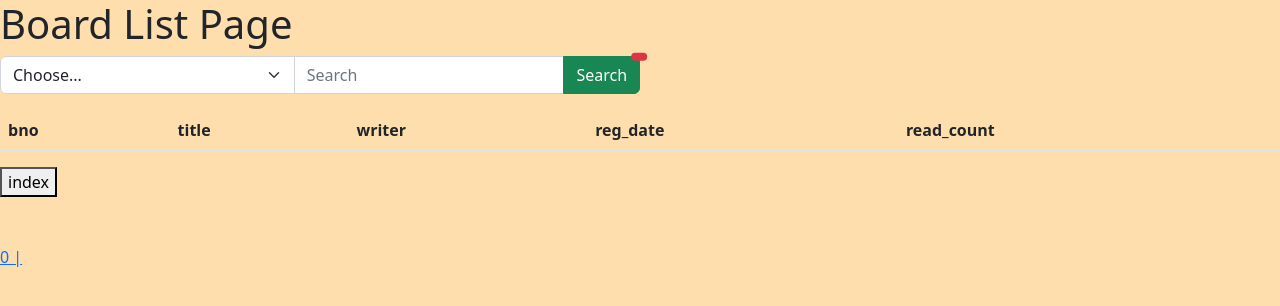
Repository: doridori890130/JSP
Page: http://localhost/jsp_project/board/list.jsp
The author's editor kept a copy of each file at every save. The page is drawn from the files as they stood at one save, then again after the next save.
The browser window is 1280 px wide. The pictures show the whole page.
The page is served by Tomcat 9. Other server files are loaded and not shown. The template is opened directly, without the code that normally fills it, so the values that code supplies are empty.

Above is the page before, as saved 2023-06-01 04:47:32.

### jsp_project4/jsp_project/src/main/webapp/board/list.jsp
<%@ page language="java" contentType="text/html; charset=UTF-8"
    pageEncoding="UTF-8"%>
<%@ taglib uri="http://java.sun.com/jsp/jstl/core"  prefix="c" %>
<!DOCTYPE html>
<html>
<head>
<meta charset="UTF-8">
<title>Board List Page</title>
<!-- CSS only -->
<link href="https://cdn.jsdelivr.net/npm/bootstrap@5.2.2/dist/css/bootstrap.min.css" rel="stylesheet" integrity="sha384-Zenh87qX5JnK2Jl0vWa8Ck2rdkQ2Bzep5IDxbcnCeuOxjzrPF/et3URy9Bv1WTRi" crossorigin="anonymous">
<!-- JavaScript Bundle with Popper -->
<script src="https://cdn.jsdelivr.net/npm/bootstrap@5.2.2/dist/js/bootstrap.bundle.min.js" integrity="sha384-OERcA2EqjJCMA+/3y+gxIOqMEjwtxJY7qPCqsdltbNJuaOe923+mo//f6V8Qbsw3" crossorigin="anonymous"></script>
<style type="text/css">
body{
background-color: #FFDEAD ;
}
</style>
</head>

<body>
<h1>Board List Page</h1>
	<div class="col-sm-12 col-md-6">
<form action="/brd/page" method="post">
	<div  class="input-group mb-3">
		<c:set value="${pgh.pgvo.type }" var="typed"></c:set>
		<select name="type" class="form-select">
		<!-- selected : 현재 내가 선택한 값 -->
			<option ${typed == null ? 'selected':'' }>Choose...</option>
			<option value="t" ${typed eq 't' ? 'selected':'' }>title</option>
			<option value="c" ${typed eq 'c' ? 'selected':'' }>content</option>
			<option value="w" ${typed eq 'w' ? 'selected':'' }>writer</option>
			<option value="tc" ${typed eq 'tc' ? 'selected':'' }>title or content</option>
			<option value="tw" ${typed eq 'tw' ? 'selected':'' }>title or writer</option>
			<option value="cw" ${typed eq 'cw' ? 'selected':'' }>content or writer</option>
		</select>
		<input class="form-control" type="text" name="keyword" placeholder="Search">
		<input type="hidden" name="pageNo" value="${pgh.pgvo.pageNo }">
		<input type="hidden" name="qty" value="${pgh.pgvo.qty }">
		<button type="submit" class="btn btn-success position-relative">Search
		<span class="position-absolute top-0 start-100 translate-middle badge rounded-pill bg-danger">
    		${pgh.totalCount }
    		<span class="visually-hidden">unread messages</span></span>
		</button>

	</div>
</form>
</div>

<table class="table table-hover">
<tr>
	<th>bno</th>
	<th>title</th>
	<th>writer</th>
	<th>reg_date</th>
	<th>read_count</th>
</tr>
<c:forEach items="${list }" var="bvo">
<tr>
	<td>${bvo.bno }</td>

	<td>
	<c:if test="${bvo.image_file ne null }">
		<img alt="없음" src="/_fileUpload/th_${bvo.image_file }">
	</c:if>
	<a href="/brd/detail?bno=${bvo.bno }">${bvo.title }</a></td>
	<td>${bvo.writer }</td>
	<td>${bvo.reg_date }</td>
	<td>${bvo.read_count }</td>
</tr>
</c:forEach>
</table>
<a href="/"><button>index</button></a> <br> <br> <br>
<c:if test="${pgh.prev }">
	<a href="/brd/page?pageNo=${pgh.startPage-1 }&qty=${pgh.pgvo.qty}&type=${pgh.pgvo.type}&keyword=${pgh.pgvo.keyword}"> ◁ </a>
</c:if>
<c:forEach begin="${pgh.startPage }" end="${pgh.endPage }" var="i">
	<a href="/brd/page?pageNo=${i }&qty=${pgh.pgvo.qty}&type=${pgh.pgvo.type}&keyword=${pgh.pgvo.keyword}">${i } | </a>
</c:forEach>
<!-- 다음페이지 -->
<c:if test="${pgh.next }">
	<a href="/brd/page?pageNo=${pgh.endPage+1 }&qty=${pgh.pgvo.qty}&type=${pgh.pgvo.type}&keyword=${pgh.pgvo.keyword}"> ▷ </a>
</c:if>
</body>
</html>

After the next save:
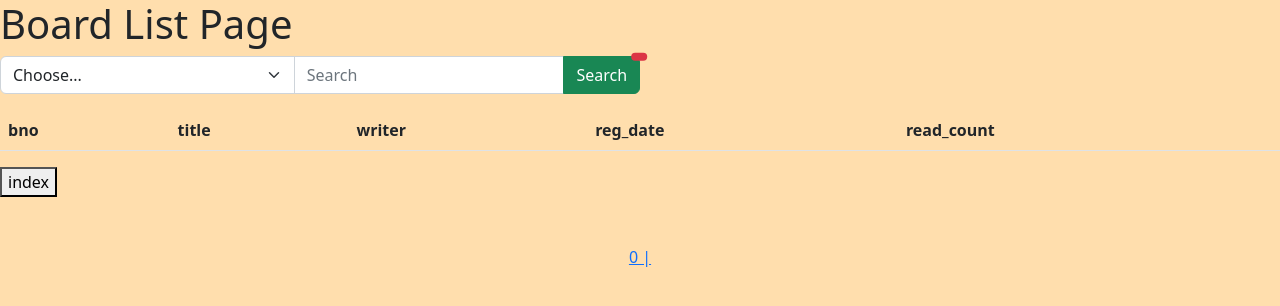
Saved 85 s later.
--- a/jsp_project4/jsp_project/src/main/webapp/board/list.jsp
+++ b/jsp_project4/jsp_project/src/main/webapp/board/list.jsp
@@ -13,6 +13,9 @@
 <style type="text/css">
 body{
 background-color: #FFDEAD ;
+}
+.t1{
+text-align: center;
 }
 </style>
 </head>
@@ -70,6 +73,7 @@ background-color: #FFDEAD ;
 </c:forEach>
 </table>
 <a href="/"><button>index</button></a> <br> <br> <br>
+<div class="t1">
 <c:if test="${pgh.prev }">
 	<a href="/brd/page?pageNo=${pgh.startPage-1 }&qty=${pgh.pgvo.qty}&type=${pgh.pgvo.type}&keyword=${pgh.pgvo.keyword}"> ◁ </a>
 </c:if>
@@ -80,5 +84,7 @@ background-color: #FFDEAD ;
 <c:if test="${pgh.next }">
 	<a href="/brd/page?pageNo=${pgh.endPage+1 }&qty=${pgh.pgvo.qty}&type=${pgh.pgvo.type}&keyword=${pgh.pgvo.keyword}"> ▷ </a>
 </c:if>
+
+</div>
 </body>
 </html>
